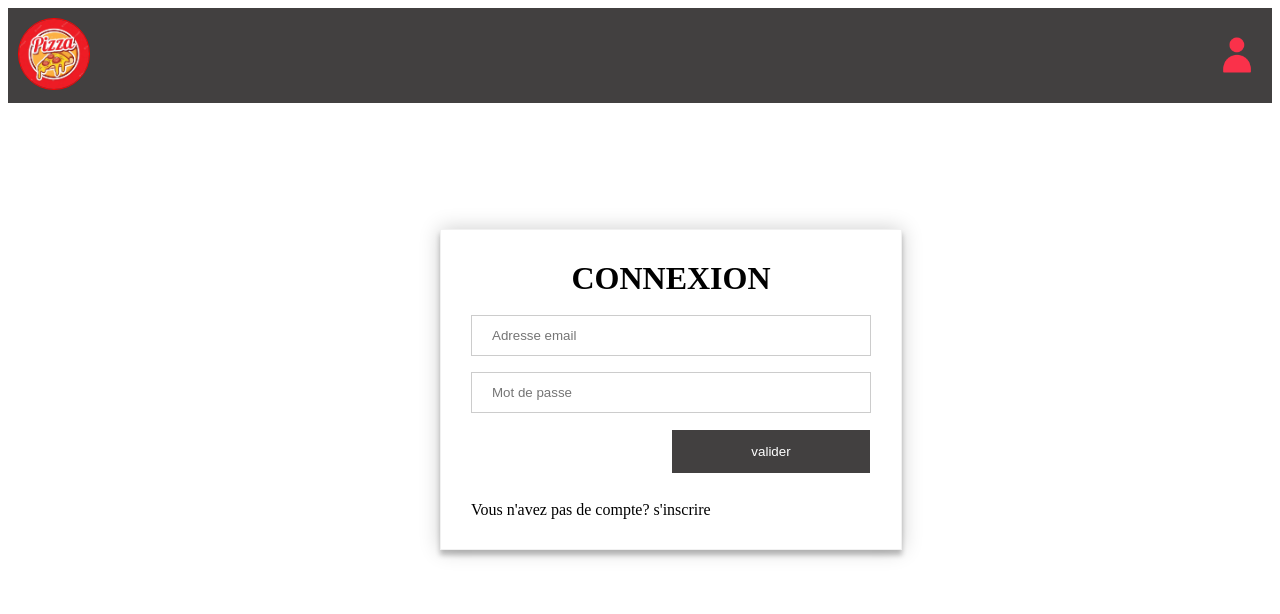
Repository: mlaminebah/PizzaWeb
Page: http://localhost/pizzaweb/Seconnecter
An editor plug-in stored every save of this project. The page is shown before and after the next save, followed by the edit.
The browser window is 1280 px wide. The pictures show the whole page.
The page is served by Tomcat 9. Other server files are loaded and not shown.

Above is the page before, as saved 2022-03-22 19:37:38.

### PizzaWeb/pizzaweb/src/main/webapp/seconnecter.jsp
<%@ page language="java" contentType="text/html; charset=UTF-8"
    pageEncoding="UTF-8"%>
<%@ taglib uri="http://java.sun.com/jsp/jstl/core" prefix="c" %>
<%@ include file="header.jsp" %>
		<div class="connexion">
			<!-- L'action est renvoyée vers la servlet Seconnecter -->
	        <form action="Seconnecter" method="post" class="formcon">
	            <h1 align="center"> CONNEXION </h1>
	            <input type="email" placeholder="Adresse email" name="email" required class="log">
	            <input type="password" placeholder="Mot de passe" name="password" required class="mp">
	            <button id="valid"  class="valid" type="submit">valider</button>
	            <p class="noAccount">Vous n'avez pas de compte?  s'inscrire  </p>
	        </form>

   		</div>
	</body>
</html>

### PizzaWeb/pizzaweb/src/main/webapp/header.jsp
<%@ page language="java" contentType="text/html; charset=UTF-8"
    pageEncoding="UTF-8"%>

<!DOCTYPE html>
<html>
	<head>
		<meta charset="UTF-8">
		<title>Welcome</title>
		<link href="css/header.css" rel="stylesheet" type="text/css"/>
		<link href="css/basket.css" rel="stylesheet"/>
        <link href="css/dropdown.css" rel="stylesheet"/>
        <link href="css/header.css" rel="stylesheet"/>
        <link href="css/survolPizza.css" rel="stylesheet"/>
        <link href="css/produits.css" rel="stylesheet"/>
        <link rel="stylesheet" href="css/signup.css">
        <link rel="stylesheet" href="css/login.css" type="text/css">
	</head>
	<body>
		<header>
				<nav class="header-left">
			         <a><img class="logo" id="logo" src="images/logo.jpg"/></a>
			    </nav>
			    <nav class="header-right">
			         <img class="profile" id="profile" src="images/user.png"/>
			    </nav>
		</header>

### PizzaWeb/pizzaweb/src/main/java/com/pizza/servlets/Seconnecter.java
package com.pizza.servlets;

import java.io.IOException;
import java.security.NoSuchAlgorithmException;
import java.sql.SQLException;

import javax.servlet.ServletException;
import javax.servlet.annotation.WebServlet;
import javax.servlet.http.HttpServlet;
import javax.servlet.http.HttpServletRequest;
import javax.servlet.http.HttpServletResponse;
import javax.servlet.http.HttpSession;

import com.pizza.model.ConnexionForm;
import com.pizza.model.ListeDesPizzas;
import com.pizza.model.NosPizzas;

/**
 * Servlet implementation class Seconnecter
 */

public class Seconnecter extends HttpServlet {
	private static final long serialVersionUID = 1L;

    /**
     * @see HttpServlet#HttpServlet()
     */
    public Seconnecter() {
        super();
        // TODO Auto-generated constructor stub
    }

	/**
	 * @see HttpServlet#doGet(HttpServletRequest request, HttpServletResponse response)
	 */
	protected void doGet(HttpServletRequest request, HttpServletResponse response) throws ServletException, IOException {
		if (request.getSession().getAttribute("idClient") == null)
			request.getRequestDispatcher("/seconnecter.jsp").forward(request, response);
		else {
			//on va au passage transmettre à la vue la liste des pizzas disponibles
			ListeDesPizzas nosPizzas;

			try {
				nosPizzas = new NosPizzas().getListeDesPizzas();
				//on envoie la liste des pizzas à la vue
				request.setAttribute("pizzas", nosPizzas.getPizzas());
				request.getRequestDispatcher("/commander.jsp").forward(request, response);

			} catch (ClassNotFoundException | SQLException e) {
				// TODO Auto-generated catch block
				e.printStackTrace();
			}

		}
	}

	/**
	 * @see HttpServlet#doPost(HttpServletRequest request, HttpServletResponse response)
	 */
	protected void doPost(HttpServletRequest request, HttpServletResponse response) throws ServletException, IOException {
			//on fait appel à notre classe qui vérifie l'authentification
			ConnexionForm conForm;
			conForm = new ConnexionForm();
			//si la fonction renvoie false ou retourne vers la page de connection (échec authentification)
			try {
				if (!conForm.verifierIdentifiantsCon(request)) {
					request.setAttribute("conForm", conForm);
					this.getServletContext().getRequestDispatcher("/seconnecter.jsp").forward(request, response);//renvoie d'une reponse d'erreur à la vue
				} else {
					//on rededirige vers la page lui permettant de commander

					this.getServletContext().getRequestDispatcher("/commander.jsp").forward(request, response);
				}
			} catch (ClassNotFoundException | SQLException | ServletException | IOException e) {
				// TODO Auto-generated catch block
				e.printStackTrace();
			} catch (NoSuchAlgorithmException e) {
				// TODO Auto-generated catch block
				e.printStackTrace();
			}

	}

}

### PizzaWeb/pizzaweb/src/main/webapp/css/header.css
header {
    display: grid;
    grid-template-columns: 1fr 0.4fr;
    overflow: hidden;
    background-color:rgb(66, 64, 64);
    height: 85px;
    padding: 10px 15px 0px 10px;
}
.header-left .logo {
    width: 70px;
    height: 70px;
    border : 1px solid red;
    border-radius: 50px;
    float: left;
}
.nom {
	color: white;
	float: right;
	padding-top: 35px;
	font-size : 20px;
}

.header-right .profile {
    width: 40px;
    height: 40px;
    padding-top: 17px;
    float: right;
}
.erreur {
	color: red;
}
.success {
	color: green;
}

### PizzaWeb/pizzaweb/src/main/webapp/css/basket.css
main {
    display: flex;
    gap: 20px;
    flex-direction: row;
    margin-top: 10px;
}
section {
    width: 1000px;
    height: auto;
    border-bottom: 0px solid rgb(243, 207, 207);
}
aside {
    width:470px;
    height: auto;
    border: 1px solid rgb(243, 207, 207);
}

.select {
    display: grid;
    grid-template-columns: 1fr;
    border-bottom: 1px solid rgb(243, 207, 207);
}

.monPan,.tablePan {
	text-align:center
}
.elem {
	text-align:center;
}
.total {
	text-align:right;
}
.ppan {
	heigth:50px;
	width:50px;
}
.sub {
	color:orange;
	font-size: 30px;
	font-family:bold;
	text-decoration: none;
}
.sup {
	color:red;
	font-size: 20px;
	font-family:bold;
	text-decoration: none;
}

### PizzaWeb/pizzaweb/src/main/webapp/css/dropdown.css
/* Dropdown button */
.dropdown .dropbtn {
    font-size: 16px;
    border: none;
    outline: none;
    color:black;

    background-color: inherit;
    font-family: inherit; /* Important for vertical align on mobile phones */
    margin: 0; /* Important for vertical align on mobile phones */
}
/* Dropdown content (hidden by default) */
.dropdown-content {
    display: none;
    position: absolute;
    background-color: #f9f9f9;
    min-width: 160px;
    box-shadow: 0px 8px 16px 0px rgba(0,0,0,0.2);
    z-index: 1;
}
/* Links inside the dropdown */
.dropdown-content a {
    float: none;
    color: black;
    padding: 12px 16px;
    text-decoration: none;
    display: block;
    text-align: left;
  }

  /* Add a grey background color to dropdown links on hover */
  .dropdown-content a:hover {
    background-color: #ddd;
  }

  /* Show the dropdown menu on hover */
  .dropdown:hover .dropdown-content {
    display: block;
  }

### PizzaWeb/pizzaweb/src/main/webapp/css/survolPizza.css

        .survolPizza {
            position: relative;
            width: 100%;
            height: 100%;
        }
        .overlay {
            position: absolute;
            top: 0;
            bottom: 0;
            left: 0;
            right: 0;
            height: 100%;
            width: 100%;
            opacity: 0;
            transition: .5s ease;
            background-color:rgb(66, 64, 64);
        }

        .survolPizza:hover .overlay {
            opacity: 1;
        }

        .text {
            color: white;
            font-size: 20px;
            position: absolute;
            top: 50%;
            left: 50%;
            -webkit-transform: translate(-50%, -50%);
            -ms-transform: translate(-50%, -50%);
            transform: translate(-50%, -50%);
            text-align: center;
        }

### PizzaWeb/pizzaweb/src/main/webapp/css/produits.css
.produits {
    display: grid;
    grid-template-columns: 1fr 1fr 1fr;
    gap:35px;
    margin-top: 15px;
}

.product {
    max-width: 90%;
    padding: 0 4px;
    height: 190px;
    border: 0px solid rgb(243, 207, 207);
}
.product img {
    margin-top: 8px;
    margin-left: 15%;
    width: 70%;
    height: 70%;
}
.product .prix {
    font-size: 20px;
}
.product table {
    margin-left: 40px;
}
.product .icone_add {
    margin-left: 50px;
    margin-top: -2px;
}

### PizzaWeb/pizzaweb/src/main/webapp/css/signup.css
.signup {
    width: 420px;
    height: 610px;
    top: 60%;
    left: 50%;
    position: absolute;
    transform: translate(-50%,-50%);
    box-sizing: border-box;
    padding: 70px 30px;
    border: 1px solid #f1f1f1;
    background: #fff;
    box-shadow: 0 0 20px 0 rgba(0, 0, 0, 0.2), 0 5px 5px 0 rgba(0, 0, 0, 0.24);
}
.profil {
    width: 80px;
    height: 80px;
    position: absolute;
    top: -10px;
    left: calc(50% - 50px);
    border: 50%;


}

.sinscrire{
    margin: 0;
    padding: 0;
    text-align: center;
    font-size: 22px;
}

.sig{
    width: 100%;
    margin-bottom: 20px;
    border: none;
    background: transparent;
    border-bottom: 1px solid white;
    height: 40px;
    font-size: 16px;
    outline: none;

}
.bsins {
    width: 100%;
    margin-bottom: 20px;
    height: 40px;
    background-color:rgb(66, 64, 64);
    color: white;
}

### PizzaWeb/pizzaweb/src/main/webapp/css/login.css

.connexion{
    width:400px;
    margin:0 auto;
    margin-top:10%;
}
/* Bordered form */
.formcon {
    left: center;
    width:100%;
    padding: 30px;
    border: 1px solid #f1f1f1;
    background: #fff;
    box-shadow: 0 0 20px 0 rgba(0, 0, 0, 0.2), 0 5px 5px 0 rgba(0, 0, 0, 0.24);
}
.formcon h1{
    position: relative;
    width: 100%;
    margin: auto;
    padding-bottom: 10px;
}
.noAccount{
    color: solid #ccc;
    width: 100%;
    margin: auto;
    padding-top: 80px;
}

/* Full-width inputs */
.mp,.log {
    width: 100%;
    padding: 12px 20px;
    margin: 8px 0;
    display: inline-block;
    border: 1px solid #ccc;
    box-sizing: border-box;
}

/* Set a style for all buttons */
.valid {
    background-color:rgb(66, 64, 64);
    color: white;
    padding: 14px 20px;
    float: right;
    margin: 8px 0;
    border: none;
    cursor: pointer;
    width: 50%;
    border: 1px solid rgb(255, 255, 255);
}
valid:hover {
    background-color: white;
    color: rgb(200, 235, 47);
    border: 1px solid rgb(175, 197, 76);
}

After the next save:
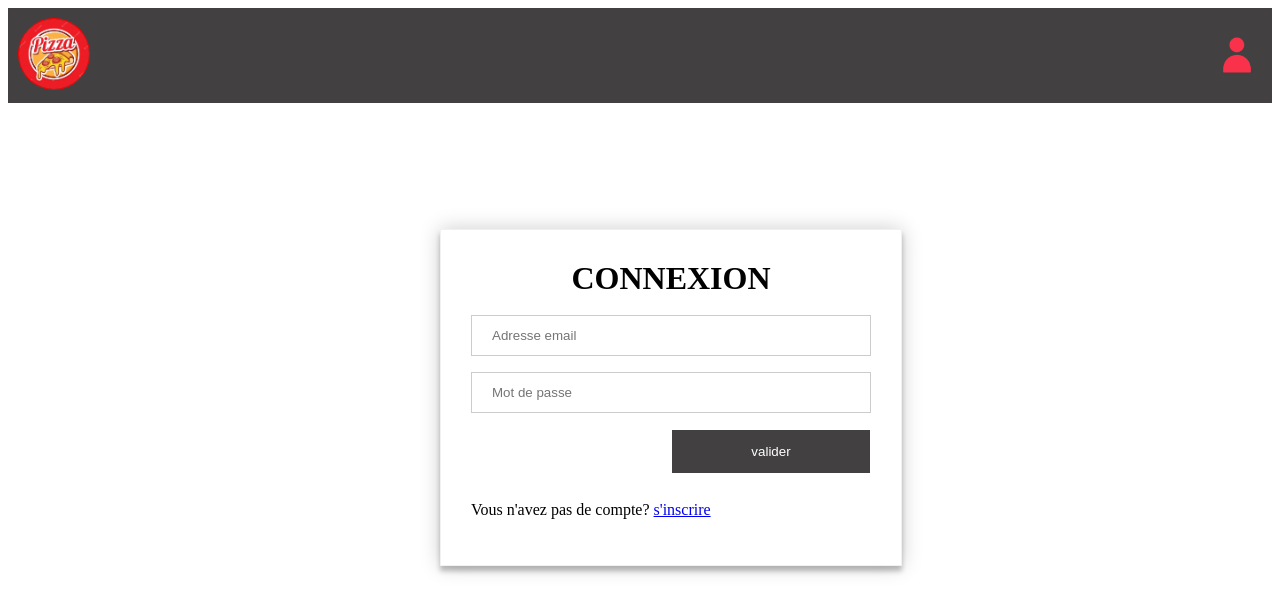
Saved 30 min 14 s later.
--- a/PizzaWeb/pizzaweb/src/main/webapp/seconnecter.jsp
+++ b/PizzaWeb/pizzaweb/src/main/webapp/seconnecter.jsp
@@ -9,7 +9,8 @@
 	            <input type="email" placeholder="Adresse email" name="email" required class="log">
 	            <input type="password" placeholder="Mot de passe" name="password" required class="mp">
 	            <button id="valid"  class="valid" type="submit">valider</button>
-	            <p class="noAccount">Vous n'avez pas de compte?  s'inscrire  </p>
+	            <p class="noAccount">Vous n'avez pas de compte?  <a href="seconnecter.jsp">s'inscrire</a> </p>
+	            <p>
 	        </form>
 
    		</div>

After the 2 saves that followed:
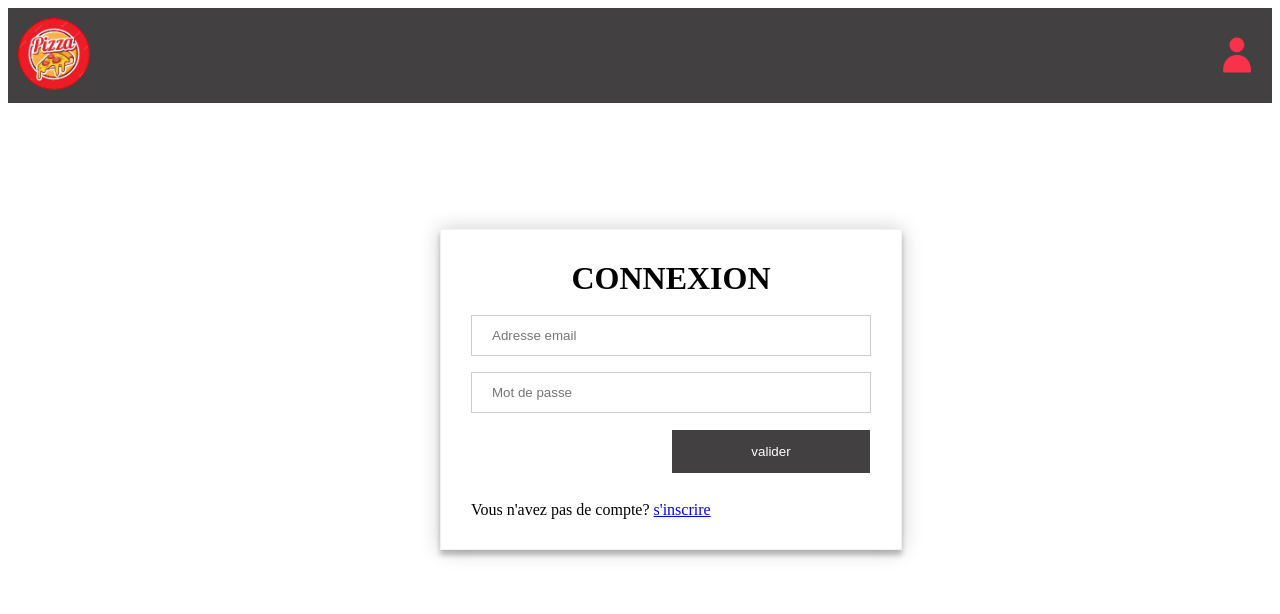
The 2 saves are shown as one change because 1 left the picture as it was.
The last was saved 3 min 7 s later.
--- a/PizzaWeb/pizzaweb/src/main/webapp/seconnecter.jsp
+++ b/PizzaWeb/pizzaweb/src/main/webapp/seconnecter.jsp
@@ -10,7 +10,8 @@
 	            <input type="password" placeholder="Mot de passe" name="password" required class="mp">
 	            <button id="valid"  class="valid" type="submit">valider</button>
 	            <p class="noAccount">Vous n'avez pas de compte?  <a href="seconnecter.jsp">s'inscrire</a> </p>
-	            <p>
+	            <!-- Affichage du message d'erreur en cas d'erreur d'authentification avec du jstl -->
+	           <c:if test="${!empty conForm.resultat}"><p class="erreur"><c:out value="${form.resultat}"/></p></c:if>
 	        </form>
 
    		</div>
